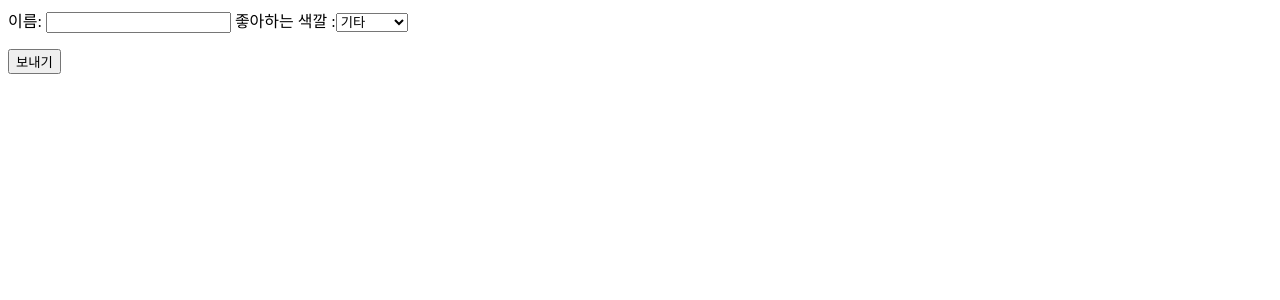
Repository: suji3kr/JSP_data
Page: studyJSP/src/main/webapp/if.html
These files come from the project's save history. The page is drawn as it stood at one moment and after the next save; the edit follows.
The browser window is 1280 px wide. The pictures show the whole page.

Above is the page before, as saved 2024-11-11 05:17:09.

After the next save:
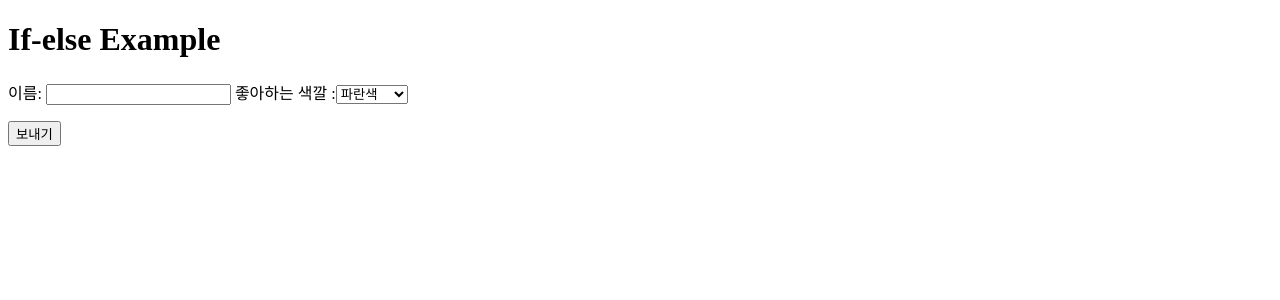
Saved 100 s later.
--- a/studyJSP/src/main/webapp/if.html
+++ b/studyJSP/src/main/webapp/if.html
@@ -5,14 +5,17 @@
 <title>If문 연습</title>
 </head>
 <body>
+<h1>If-else Example</h1>
 	<form method="post" action="if.jsp">
+
 		이름: <input name ="color">
 		좋아하는 색깔 :<select name ="color">
 			<option value="blue" selected>파란색</option>
-			<option value="red" selected>붉은색</option>
-			<option value="orange" selected>오렌지색</option>
-			<option value="etc" selected>기타</option>
+			<option value="red">붉은색</option>
+			<option value="orange">오렌지색</option>
+			<option value="etc">기타</option>
 		</select><p/>
+
 		<input type= "submit" value ="보내기">
 
 	</form>
